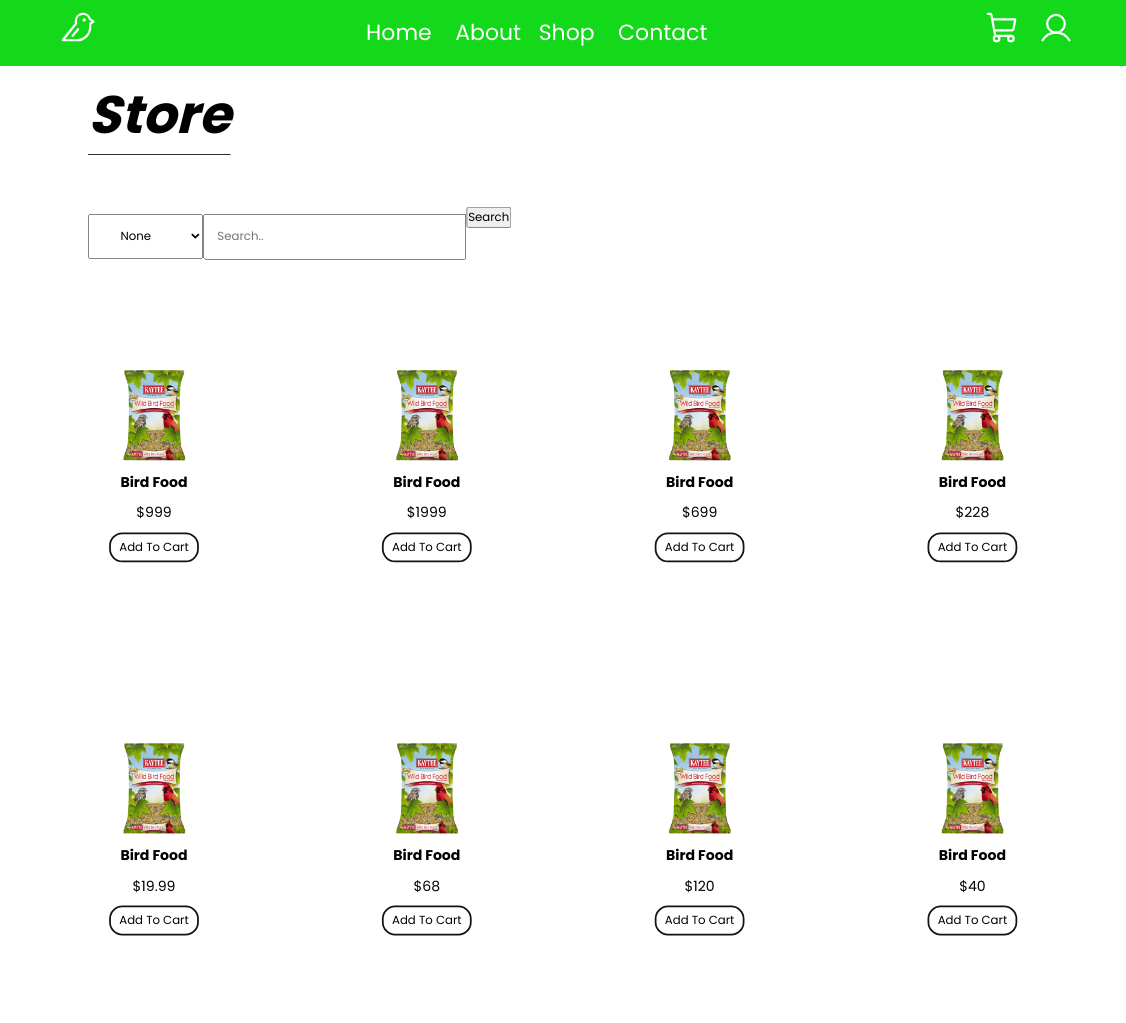
Repository: Vuhainam64/SWP391
Page: / (app in React/swp391-app/)
These files come from the project's save history. The page is drawn as it stood at one moment and after the next save; the edit follows.
The browser window is 1280 px wide. The pictures show the whole page, at 88% of full size.
The project was rebuilt for these pictures with package versions that can differ from the ones it lists, and the page was loaded fresh each time. Also part of the build but not shown: React/swp391-app/src/pages/register/register.jsx, React/swp391-app/src/pages/home/home.jsx, React/swp391-app/src/pages/about/about.jsx, React/swp391-app/src/pages/contact/contact.jsx, React/swp391-app/src/pages/cart/cart-item.jsx, React/swp391-app/src/pages/cart/cart.css, React/swp391-app/src/pages/cart/cart.jsx.

Above is the page before, as saved 2023-06-01 14:14:32.

After the next save:
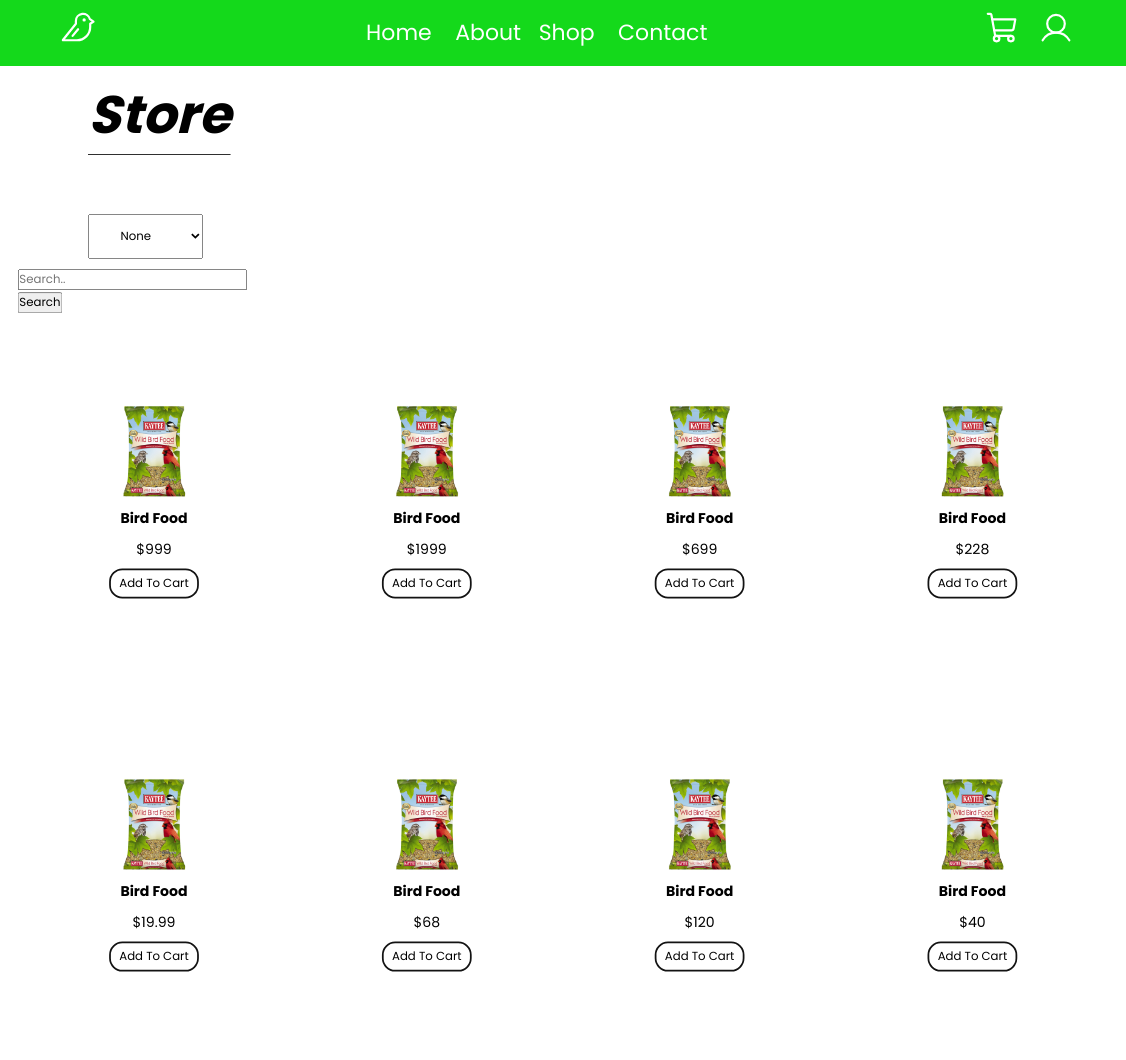
Saved 76 s later.
--- a/React/swp391-app/src/pages/shop/shop.jsx
+++ b/React/swp391-app/src/pages/shop/shop.jsx
@@ -10,23 +10,25 @@
         <h3>Store</h3>
       </div>
 
-      <div class="form-shop">
-        <label>
-          <select>
-            <option selected> None </option>
-            <option>Seed</option>
-            <option>Suet</option>
-            <option>Nectar</option>
-            <option>Fruit</option>
-            <option>Insect</option>
-          </select>
-        </label>
-          <div className="search-bar">
-            <input type="text" placeholder="Search.." />
-          </div>
-          <div className="icon-search">
-            <button>Search</button>
-          </div>
+      <div>
+        <div class="form-shop">
+          <label>
+            <select>
+              <option selected> None </option>
+              <option>Seed</option>
+              <option>Suet</option>
+              <option>Nectar</option>
+              <option>Fruit</option>
+              <option>Insect</option>
+            </select>
+          </label>
+        </div>
+        <div className="search-bar">
+          <input type="text" placeholder="Search.." />
+        </div>
+        <div className="icon-search">
+          <button>Search</button>
+        </div>
       </div>
 
       <div className="products">
